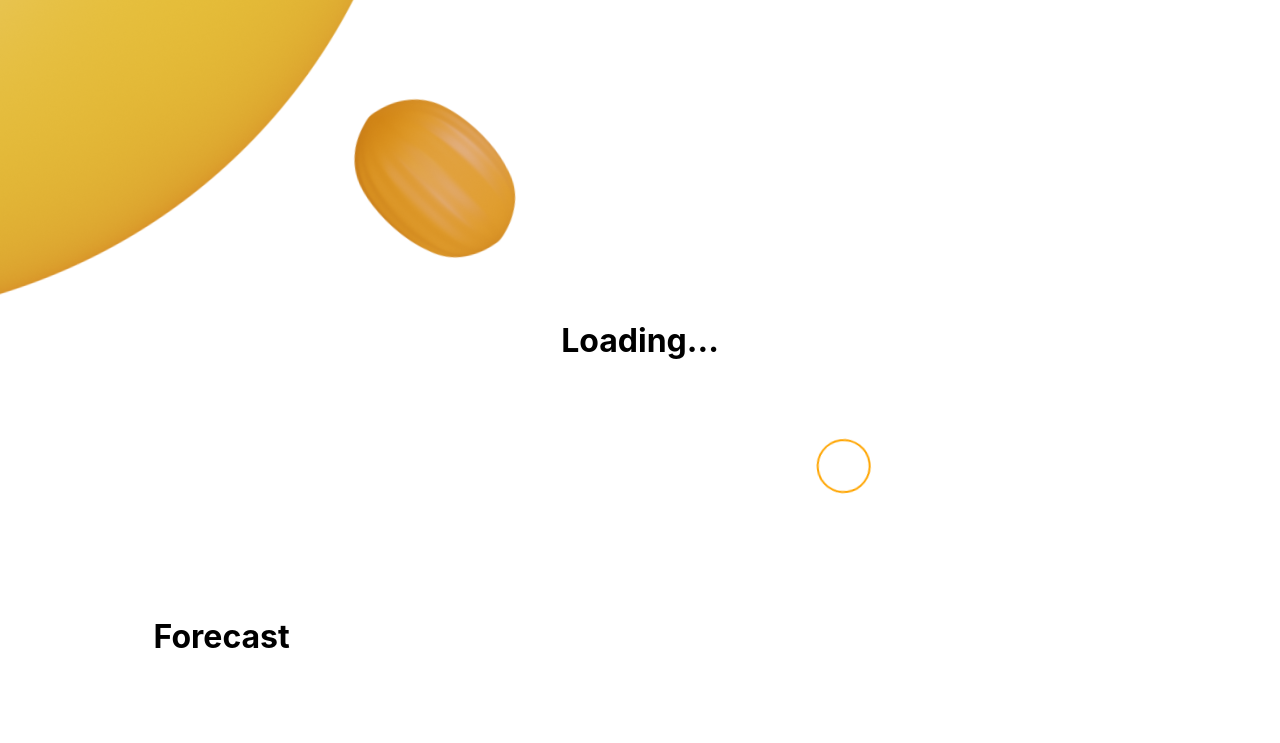
Repository: debthebuilder/bloom
Page: /
These files come from the project's save history. The page is drawn as it stood at one moment and after the next save; the edit follows.
The browser window is 1280 px wide. The pictures show the whole page.
The page's requests for data from a server got no answer. The project was rebuilt for these pictures with package versions that can differ from the ones it lists, and the page was loaded fresh each time. No one was signed in, and anything a server would have sent is missing. Also part of the build but not shown: src/components/Splash.js.

Above is the page before, as saved 2022-11-11 10:39:31.

### src/App.js
// import logo from './logo.svg';

import "./scss/app.scss";
import { Current , Forecast} from "./components/index"

function App() {
  return (
    <div className="app">
      <div className="weather-container">
        <Current />
        <Forecast />
      </div>
    </div>
  );
}

export default App;

### src/scss/app.scss
@use "colors"; @use "fonts";
@import url(_loading.scss);
@import url(_splash.scss);


* {
    margin: 0;
    padding: 0;
    box-sizing: border-box;
}

body {
    background-color: colors.$white;
    color: colors.$black;
}

.app {
    width: 100%;
    height: 100vh;
    display: flex;
    flex-direction: column;
    justify-content: center;
    align-items: center;
}

.weather-container {
    width: 80%;
    height: 100%;
    padding: 5% 2%;
    display: flex;
    flex-direction: column;
}
.date-location {
    display: flex;
    flex-direction: column;
    align-items: center;
}
.location-icon {
    margin-right: 10px;
}
.date {
    color: colors.$black;
    font-weight: fonts.$semibold;
    margin: 10px 0;
}

.conditions {
    display: flex;
    flex-direction: column;
    align-items: center;
    text-align: center;
}
.temperature {
    font-weight: fonts.$bold;
    color: colors.$black;
    position: relative;
}
.temp-value {
    font-size: fonts.$xxl;
}
.temp-unit {
    position: absolute;
    top: 20px;
}
.weather {
    display: inline-block;
    letter-spacing: fonts.$ls;
    text-transform: fonts.$uCase;
    margin-bottom: 90px;
    font: {
        weight: fonts.$semibold;

    }
}

.weather-icon {
    width: 150px;
}
.weather-icon img {
    width: 100%;
}

### src/components/index.js
export { Current } from "./Current";
export { Forecast } from "./Forecast";
export { Loading } from "./Loading";
export { Splash }  from "./Splash";

### src/scss/_fonts.scss
$bold: 800;
$semibold: 600;
$normal: 500;
$light: 300;
$lg: 36px;
$xl: 56px;
$xxl: 64px;
$ls: 0.2rem;
$uCase: uppercase;
$caps: capitalize;

### src/scss/_loading.scss
.coin {
    position: absolute;
    width: 30px;
    height: 30px;
    border-radius: 50%;
    // background: transparent;
    background: url("../assets/sunny.png");
    top: 70%;
    left: 50%;
    animation: arc 2s forwards infinite;
    margin: 8px 0 0;
  }

  .coin:before {
    content: url("../assets/sunny.png");
    // background: black;

    position: absolute;
    border-radius: 50px;
    border: 2px solid orange;
    box-shadow: -1px -1px 1px 1px rgba(255,255,255,0.5);
    left: -220px;
    top: 6px;
    width: 50px;
    height: 50px;
  }
@keyframes arc {
    0%{
      transform: translate(-50%, -50%) rotate(0deg);
    }
    100%{
      transform: translate(-50%, -50%) rotate(180deg);
    }
  }

### src/scss/_splash.scss
.weather-map {
    display: grid;
    width: 100%;
    height: 100vh;
    grid-template-columns: 1fr 1fr;
    position: relative;
    background-color: black;
    gap: 10px 20px;
    color: white;
    padding: 10px;
}

.sunshine {
    background-image: linear-gradient(yellow, orange);
}


.appTitle {
    font: {
        size: 6rem;
    }
}

### src/components/Current.js
import axios from "axios";
import { useEffect, useState } from "react";

import { Loading } from "./Loading";
import sunny from "../assets/sunny.png";


export const Current = () => {
    const [currentWeather, setCurrentWeather] = useState([]);

    useEffect(() => {
        axios.request("https://weatherapi-com.p.rapidapi.com/current.json", {
            params: {q: 'Enugu'},
            headers: {
              'X-RapidAPI-Key': 'e3baab7e8emshfb5f98ba13f046cp14693djsn63347419cbf2',
              'X-RapidAPI-Host': 'weatherapi-com.p.rapidapi.com'
            }
        }).then(response => {
            console.log(response.data);
            if(response) {
                setCurrentWeather(currentWeather => {
                    return {...currentWeather, ...response.data}
                });
            }
        })
    }, [setCurrentWeather]);

    // const weatherTexts = {
    //     patchy: "Patchy rain possible",
    //     pathchyIcon: "//cdn.weatherapi.com/weather/64x64/night/176.png",
    //     partlyCloudy: "Partly cloudy",
    //     partlyCloudyImg: "//cdn.weatherapi.com/weather/64x64/day/116.png"
    // }

    // const getIcon = () => {
    //     switch(text) {
    //         case: "Patchy rain possible"

    //     }
    // }
    return(
        <>
            {currentWeather.length !== 0 ?
            <div className="current">
                <div className="date-location">
                    <span className="location"><span className="location-icon"><i className="fa-solid fa-map-pin"></i></span>{currentWeather.location.name}, {currentWeather.location.country}</span>
                    <span className="date">{currentWeather.location.localtime}</span>
                </div>
                <div className="conditions">
                    <div className="weather-icon">
                        <img src={currentWeather.current.condition.icon} alt={"Sunny"} />
                    </div>
                    <div className="temperature">
                        <span className="temp-value">{currentWeather.current.feelslike_c}</span>
                        <span className="temp-unit"><sup>o</sup>C</span>
                    </div>
                    <span className="weather">{currentWeather.current.condition.text}</span>
                </div>

            </div>
            : <Loading />
            }
        </>

    )
}

### src/components/Forecast.js
export const Forecast = () => {
    return(
        <div>
            <h1>Forecast</h1>
        </div>
    )
}

### src/components/Loading.js
export const Loading = () => {
    return(
        <div className="app">
            <h1 className="loading">Loading...</h1>
            <div class="arc">
            <div class="coin">
            </div>
            </div>

        </div>
    )
}

Loaded but not shown: public/index.html (common file); src/index.js (common file); src/index.css (common file); src/reportWebVitals.js (common file); src/scss/_colors.scss (common file)

After the next save:
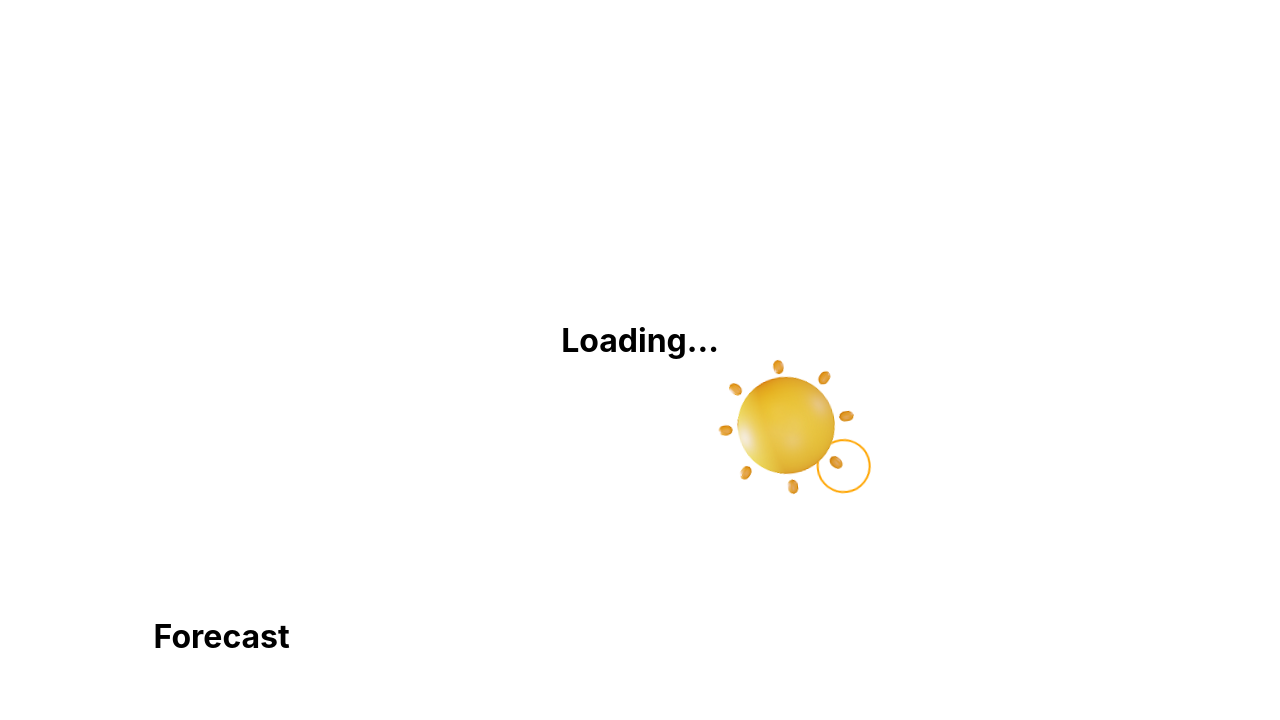
Saved 10 s later.
--- a/src/scss/_loading.scss
+++ b/src/scss/_loading.scss
@@ -12,7 +12,7 @@
   }
 
   .coin:before {
-    content: url("../assets/sunny.png");
+    content: url("../assets/sunnySm.png");
     // background: black;
 
     position: absolute;
